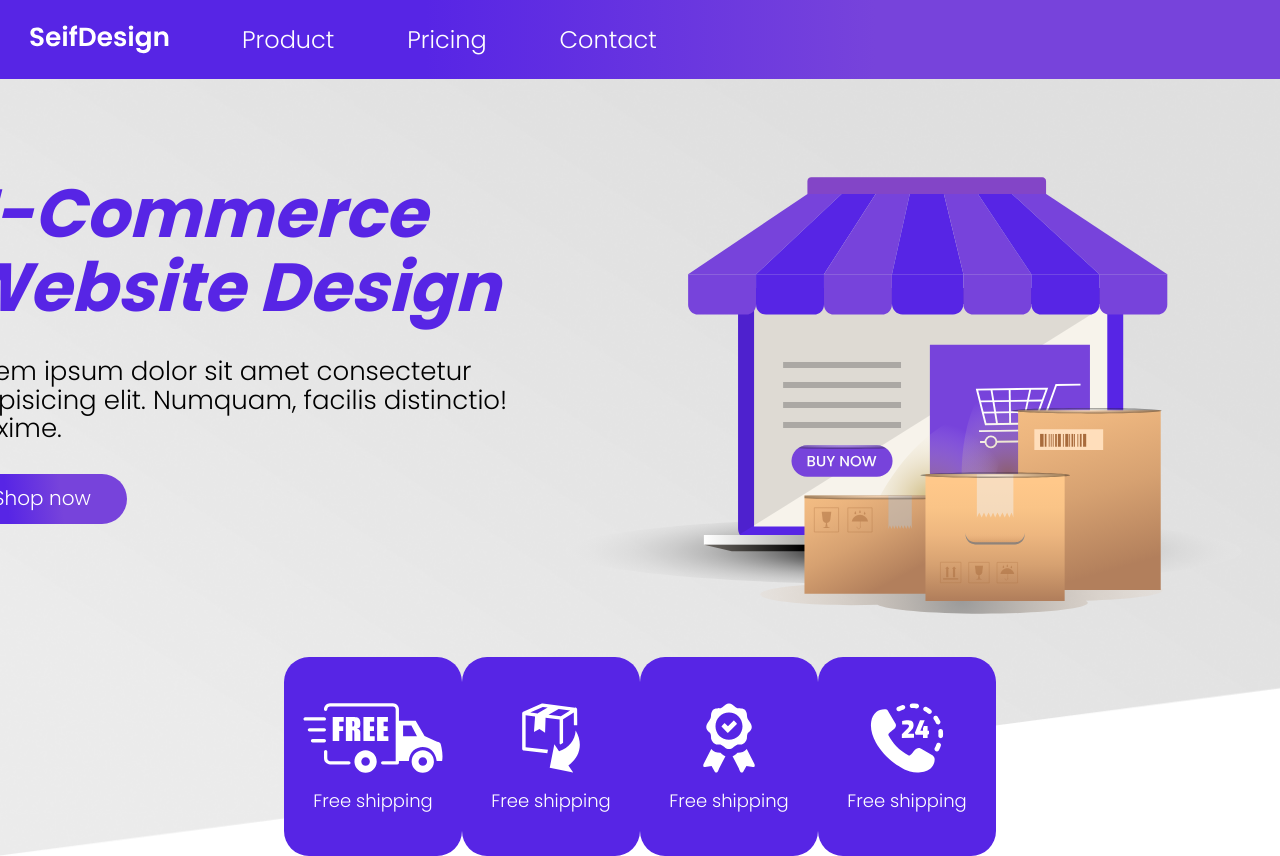
Repository: simralgasimov/newpage
Page: index.html
These files come from the project's save history. The page is drawn as it stood at one moment and after a run of saves; the edit follows.
The browser window is 1280 px wide. The pictures show the whole page.
The style sheet was rebuilt from its Sass, Less or Tailwind sources for each picture, by a compiler version that may differ from the author's.

Above is the page before, as saved 2023-12-13 15:16:54.
Not found: index.js

### index.html
<!DOCTYPE html>
<html lang="en">
  <head>
    <meta charset="UTF-8" />
    <meta name="viewport" content="width=device-width, initial-scale=1.0" />
    <title>Document</title>
    <link rel="stylesheet" href="./reset.css" />
    <link rel="stylesheet" href="./index.css" />
  </head>
  <body>
    <div class="container">
      <nav>
        <!-- <div class="logo"> -->
          <img class="logo-img" src=".//image/SeifDesign.svg" alt="" />
        <!-- </div> -->
        <ul>
          <li><a href="#">Product</a></li>
          <li><a href="#">Pricing</a></li>
          <li><a href="#">Contact</a></li>
        </ul>
        <div class="burgerMenu">
          <img src="./image/Frame 1.svg" alt="" />
        </div>
      </nav>
      <div class="box-container">
        <div class="box-1">
          <div class="text-container">
            <h1>E-Commerce Website Design</h1>
            <p>
              Lorem ipsum dolor sit amet consectetur adipisicing elit. Numquam,
              facilis distinctio! Maxime.
            </p>
            <button><a href="#">Shop now</a></button>
          </div>

            <img class="house-img" src=".//image/Group (1).svg" alt="" />

        </div>

          <ul>
            <li>
              <img src="./image/Group (2).svg" alt="" />
              <p>Free shipping</p>
            </li>

            <li>
              <img src="./image/Vector (1).svg" alt="" />
              <p>Free shipping</p>
            </li>
            <li>
              <img src="./image/Group (3).svg" alt="" />
              <p>Free shipping</p>
            </li>
            <li>
              <img src="./image/Vector (2).svg" alt="" />
              <p>Free shipping</p>
            </li>
          </ul>
        </div>

    </div>

  </body>
  <script src="./index.js"></script>
</html>

### index.scss
@import url("https://fonts.googleapis.com/css2?family=Poppins:wght@300;700&display=swap");
* {
  margin: 0;
  padding: 0;
  box-sizing: border-box;
}
.container {
  background-image: url("./image/Rectangle\ 3.png");
  background-repeat: no-repeat;
  background-size: 100% 100%;
  min-height: 100vh;
  width: 100%;
  nav {
    display: flex;
    align-items: center;
    background: linear-gradient(270deg, #7743db 31.64%, #5725e5 66.78%);
    padding: 20px 30px;
    @media screen and (max-width: 1024px) {
      justify-content: space-between;
    }
    .burgerMenu {
      display: none;
      @media screen and (max-width: 1024px) {
        display: block;
      }
    }
    .logo-img {
      width: 139px;
      height: 39px;
      @media screen and (max-width: 1024px) {
        width: 97px;
        height: 27px;
      }
    }

    ul {
        display: flex;
        /* margin-left: 200px; */
      @media screen and (max-width: 1024px) {
        display: none;
      }


      li {
        margin-left: 73px;
        list-style-type: none;
        a {
          text-decoration: none;
          width: 98px;
          height: 30px;
          color: #fff;
          text-align: center;
          font-family: Poppins;
          font-size: 24px;
          font-style: normal;
          font-weight: 300;
          line-height: normal;
        }
      }
    }
  }
}
.box-container {
  .box-1 {
    padding: 98px 164px 43px 83px;
    display: flex;
    justify-content: center;
    @media screen and (max-width: 1024px) {
padding: 0 10px;
padding-top: 100px;
flex-direction: column-reverse;
align-items: center;   }
    .text-container {
      h1 {
        margin-bottom: 32px;
        width: 608px;
        font-family: Poppins;
        font-size: 68px;
        font-style: italic;
        font-weight: 700;
        line-height: 109%; /* 74.12px */
        color: #5725e5;
        @media screen and (max-width: 1024px) {
        font-size: 40px;
        width: 100%;
        text-align: center;
        }

      }
      p {
        width: 608px;
        color: #000;
        font-family: Poppins;
        font-size: 26px;
        font-style: normal;
        font-weight: 300;
        line-height: 109%;
        @media screen and (max-width: 1024px) {
        font-size: 20px;
        width: 100%;
        }
      }
      button {
        border: none;
        margin-top: 32px;
        display: flex;
        width: 170px;
        height: 50px;
        display: flex;
        justify-content: center;
        align-items: center;
        border-radius: 25px;
        background: linear-gradient(263deg, #7743db 38.81%, #5725e5 70.24%);

        @media screen and (max-width: 1024px) {
            width: 170px;
            height: 50px;
            margin: auto;
        }
        a {
          text-decoration: none;
          color: #fff;
          font-family: Poppins;
          font-size: 20px;
          font-style: normal;
          font-weight: 400;
          line-height: 109%; /* 21.8px */
          @media screen and (max-width: 1024px) {
        font-size: 20px;
        }
        }
      }
    }

    .house-img {
      width: 677.61px;
      height: 437.417px;
      @media screen and (max-width: 1024px) {
      width: 352px;
height: 256.511px;}
    }
  }

  ul {
    display: flex;
    justify-content: center;
    flex-wrap: wrap;

    li {
      display: flex;
      width: 178px;
      height: 199px;
      padding: 10px;
      flex-direction: column;
      justify-content: center;
      align-items: center;
      gap: 18px;
      border-radius: 25px;
      background: #5725e5;
      img {
        width: 139.997px;
        height: 70px;
      }
      p {
        color: #fff;
        text-align: center;
        font-family: Poppins;
        font-size: 18px;
        font-style: normal;
        font-weight: 400;
        line-height: 109%; /* 19.62px */
      }
    }
  }
}

Loaded but not shown: reset.css (common file)

After the next 3 saves:
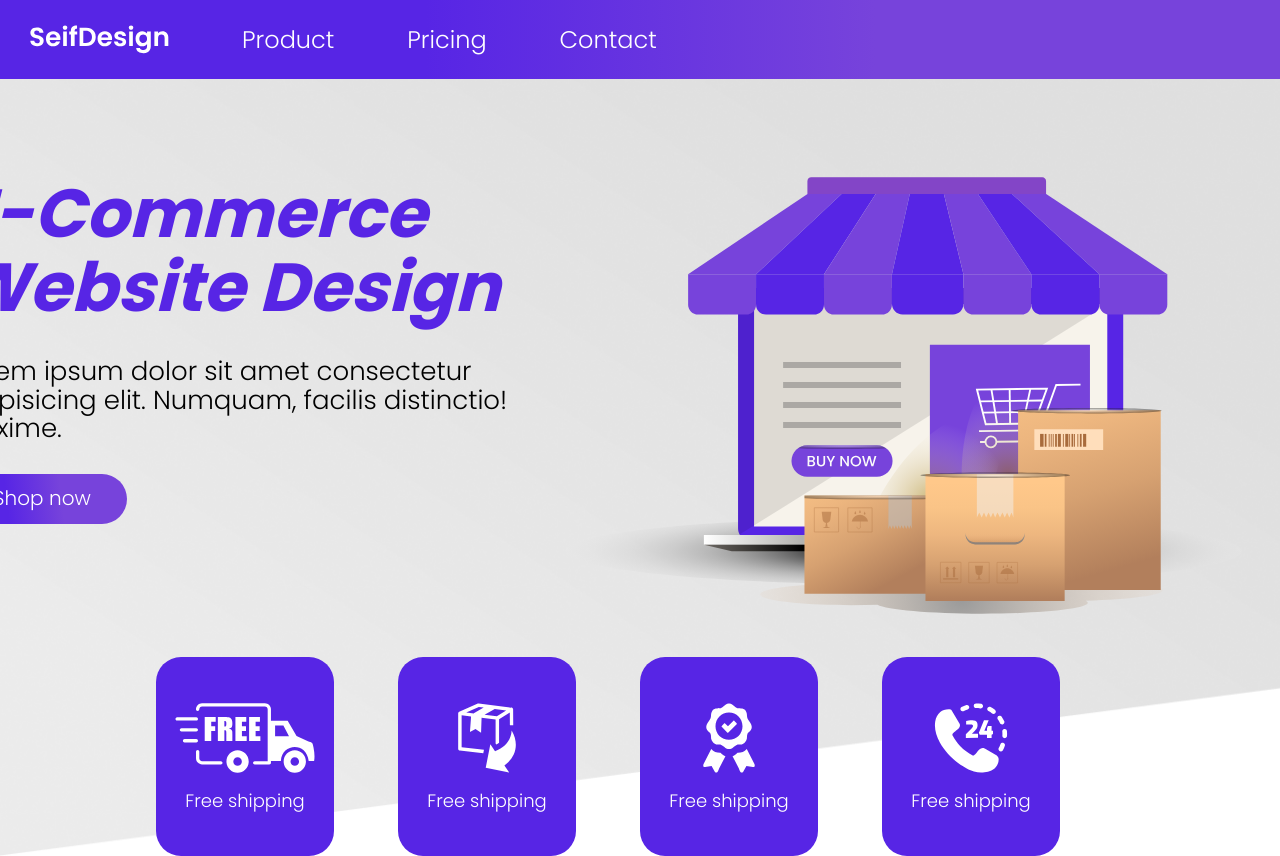
The 3 saves are shown as one change because they came seconds apart.
The last was saved 29 s later.
--- a/index.scss
+++ b/index.scss
@@ -147,6 +147,7 @@ height: 256.511px;}
     flex-wrap: wrap;
 
     li {
+        margin-right: 64px;
       display: flex;
       width: 178px;
       height: 199px;
